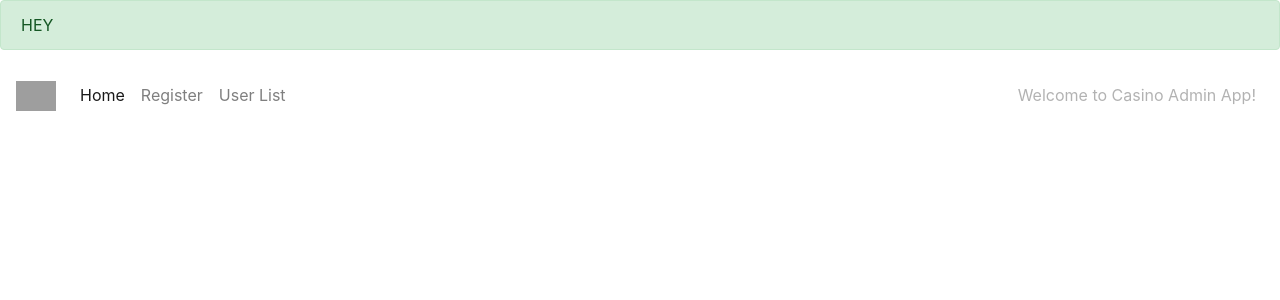
Repository: piyushrulesyou/CasinoGameApplication
Page: http://localhost/adminPanel/
These files come from the project's save history. The page is drawn as it stood at one moment and after the next save; the edit follows.
The browser window is 1280 px wide. The pictures show the whole page.
Pictures or frames that could not be fetched are drawn as grey boxes. The page is served by Tomcat 9. Nobody is signed in. The application's start-up code is not run. Other server files are loaded and not shown.

Above is the page before, as saved 2019-10-31 11:10:28.

### AdminPanel/adminPanel/src/main/webapp/index.jsp
<%@ taglib uri="http://java.sun.com/jsp/jstl/core" prefix="c"%>

<%@ page language="java" contentType="text/html; charset=ISO-8859-1"
	pageEncoding="ISO-8859-1" isELIgnored="false"%>

<!DOCTYPE html>
<html>
<head>
<title>Admin HomePage</title>
<meta charset="utf-8">

<meta name="viewport" content="width=device-width, initial-scale=1">


<link rel="stylesheet"
	href="https://maxcdn.bootstrapcdn.com/bootstrap/4.3.1/css/bootstrap.min.css">
<script
	src="https://ajax.googleapis.com/ajax/libs/jquery/3.4.1/jquery.min.js"></script>
<script
	src="https://cdnjs.cloudflare.com/ajax/libs/popper.js/1.14.7/umd/popper.min.js"></script>
<script
	src="https://maxcdn.bootstrapcdn.com/bootstrap/4.3.1/js/bootstrap.min.js"></script>
</head>
<body>
	<!-- 	background="https://images.fineartamerica.com/images/artworkimages/mediumlarge/2/collection-of-las-vegas-casino-chips-1-aloha-art.jpg"> -->


	<c:if test="${5==5}">
		<div class="alert alert-success">HEY ${successMessage}</div>
	</c:if>


	<!-- 	<nav class="navbar navbar-expand-sm bg-dark navbar-dark"> -->
	<nav class="navbar navbar-expand-sm navbar-light bg-faded">
		<a class="navbar-brand" href="#"> <img
			src="https://www.slotnite.com/images/sliders/livecasino/casino1.png"
			alt="logo" style="width: 40px;">
		</a>

		<!-- Links -->
		<ul class="navbar-nav mr-auto">
			<li class="nav-item"><a class="nav-link active" href="#">Home</a></li>
			<li class="nav-item"><a class="nav-link" href="RegisterUser.jsp">Register</a></li>
			<li class="nav-item"><a class="nav-link" href="#">User List</a></li>
		</ul>
		<ul class="navbar-nav">
			<li class="nav-item"><span class="nav-link disabled">Welcome
					to Casino Admin App!</span></li>
		</ul>
	</nav>



</body>
</html>

After the next save:
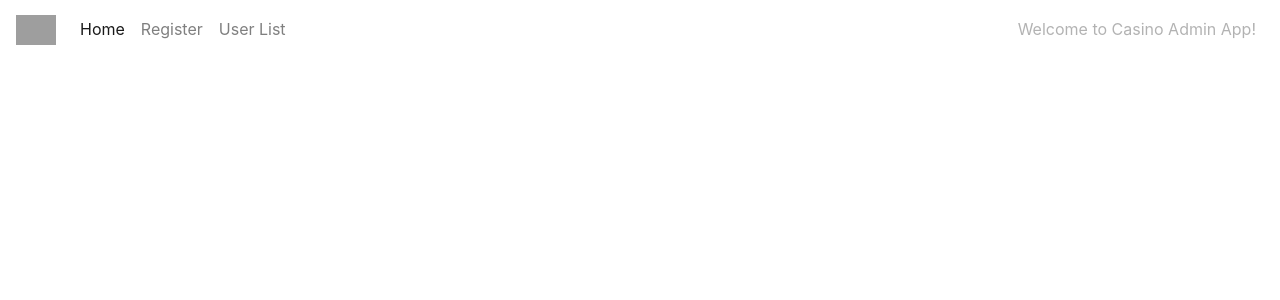
Saved 8 s later.
--- a/AdminPanel/adminPanel/src/main/webapp/index.jsp
+++ b/AdminPanel/adminPanel/src/main/webapp/index.jsp
@@ -25,7 +25,7 @@
 	<!-- 	background="https://images.fineartamerica.com/images/artworkimages/mediumlarge/2/collection-of-las-vegas-casino-chips-1-aloha-art.jpg"> -->
 
 
-	<c:if test="${5==5}">
+	<c:if test="${5==9}">
 		<div class="alert alert-success">HEY ${successMessage}</div>
 	</c:if>
 

After the 3 saves that followed:
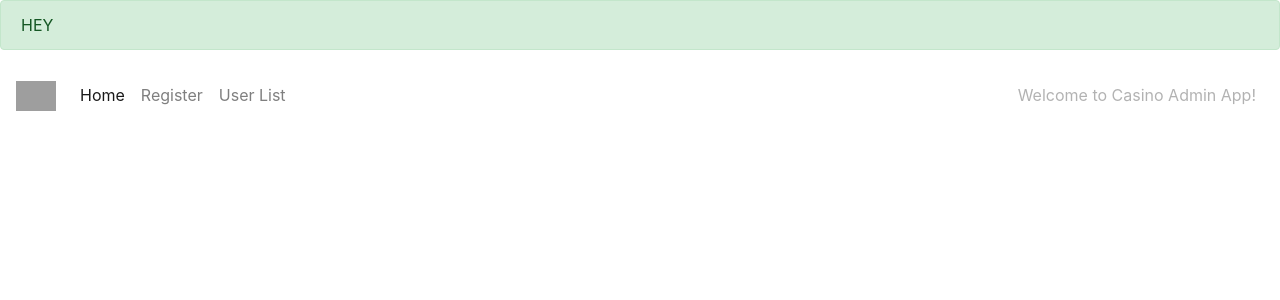
The 3 saves are shown as one change because 2 left the picture as it was.
The last was saved 26 s later.
--- a/AdminPanel/adminPanel/src/main/webapp/index.jsp
+++ b/AdminPanel/adminPanel/src/main/webapp/index.jsp
@@ -25,7 +25,7 @@
 	<!-- 	background="https://images.fineartamerica.com/images/artworkimages/mediumlarge/2/collection-of-las-vegas-casino-chips-1-aloha-art.jpg"> -->
 
 
-	<c:if test="${5==9}">
+	<c:if test="${successMessage==null}">
 		<div class="alert alert-success">HEY ${successMessage}</div>
 	</c:if>
 
